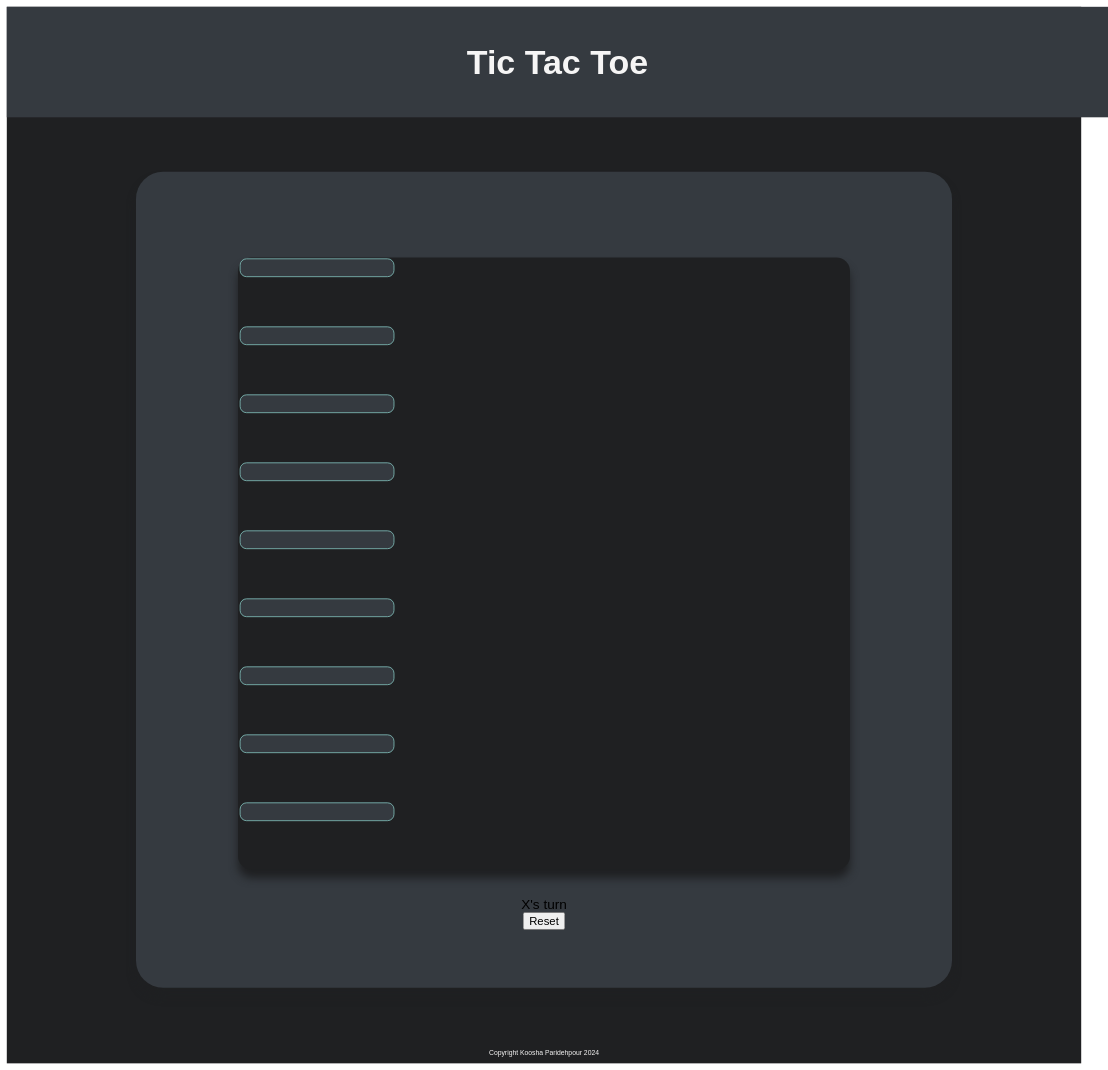
Repository: KooshaPari/odin-TTT
Page: index.html
An editor plug-in stored every save of this project. The page is shown before and after the next save, followed by the edit.
The browser window is 1280 px wide. The page is 1304 px wide, so the pictures cover 1304 px, including what lies to the right of the window. The pictures show the whole page, at 85% of full size.

Above is the page before, as saved 2024-03-14 22:52:32.

After the next save:
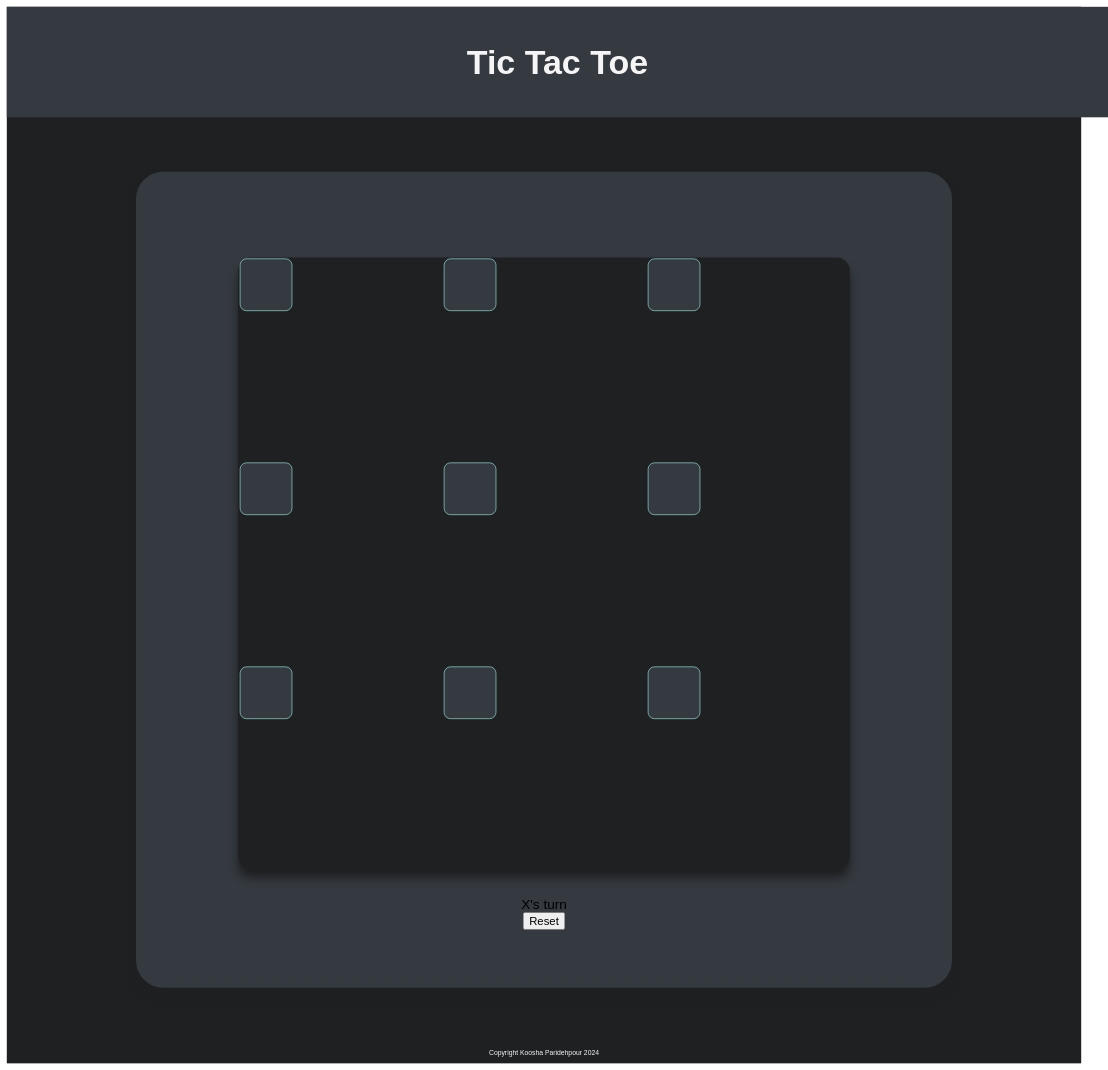
Saved 11 s later.
--- a/style.css
+++ b/style.css
@@ -58,7 +58,7 @@
 }
 #board {
   display: grid;
-  grid-auto-flow: row;
+  grid-template-columns: 1fr 1fr 1fr;
   width: 75%;
   transition: 1s ease-in-out;
   height: 75%;
